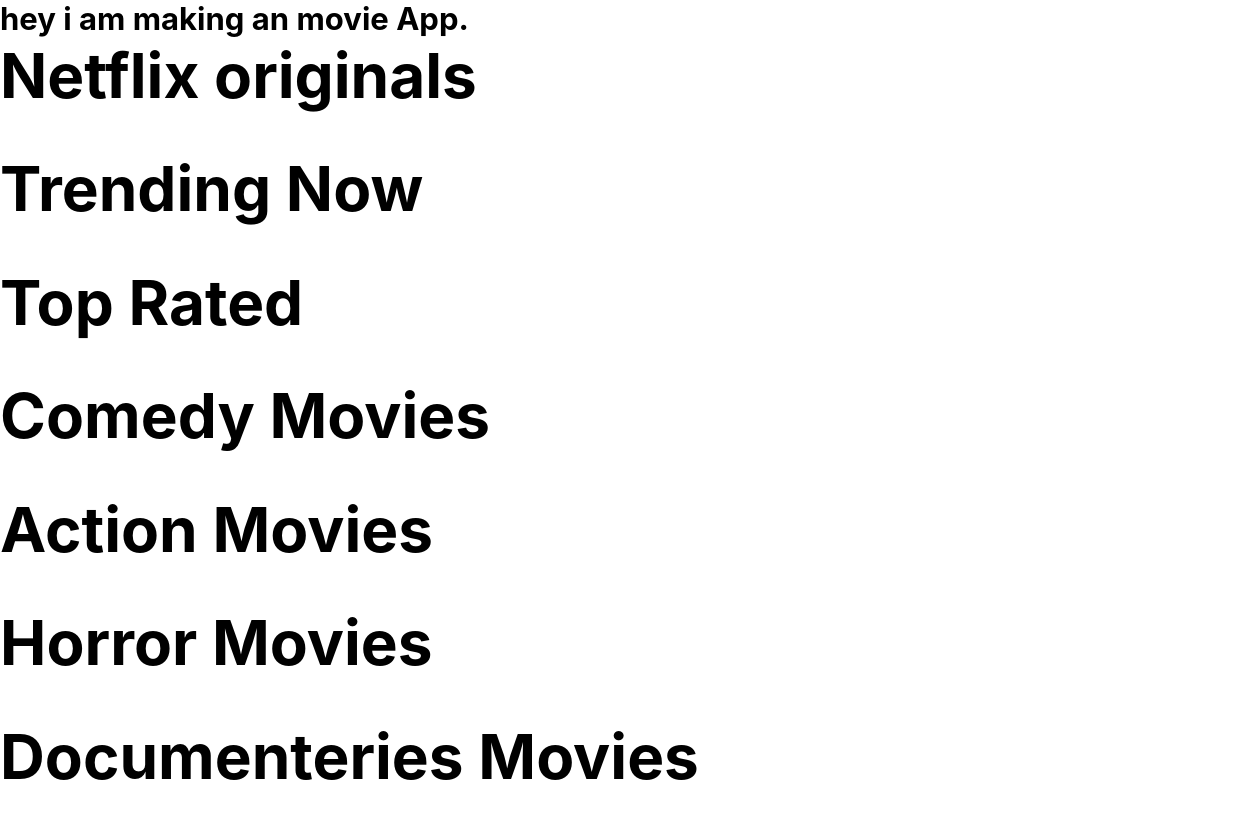
Repository: ramtoppo12/movieApp
Page: /
An editor plug-in stored every save of this project. The page is shown before and after the next save, followed by the edit.
The browser window is 1280 px wide. The pictures show the whole page, at 97% of full size.
The page's requests for data from a server got no answer. The project was rebuilt for these pictures with package versions that can differ from the ones it lists, and the page was loaded fresh each time. No one was signed in, and anything a server would have sent is missing. Also part of the build but not shown: src/App.css.

Above is the page before, as saved 2020-11-09 21:17:36.

After the next save:
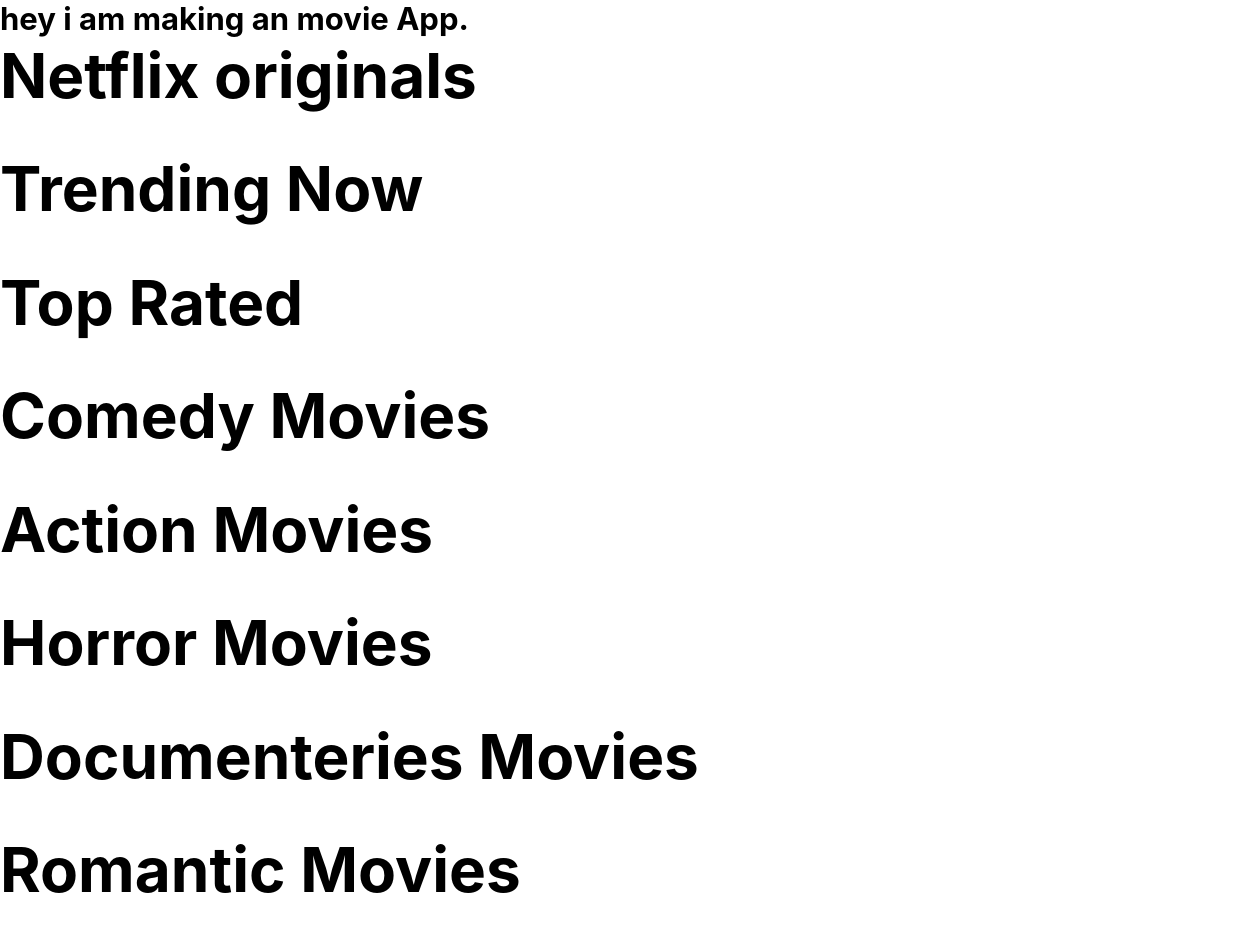
Saved 50 s later.
--- a/src/App.js
+++ b/src/App.js
@@ -15,6 +15,7 @@
         <Row title="Action Movies" fetchUrl={requests.fetchActionMovies}/>
         <Row title="Horror Movies" fetchUrl={requests.fetchHorrorMovies}/>
         <Row title="Documenteries Movies" fetchUrl={requests.fetchDocumentaries}/>
+        <Row title="Romantic Movies" fetchUrl={requests.fetchRomenticMovies}/>
 
 
       </h1>
